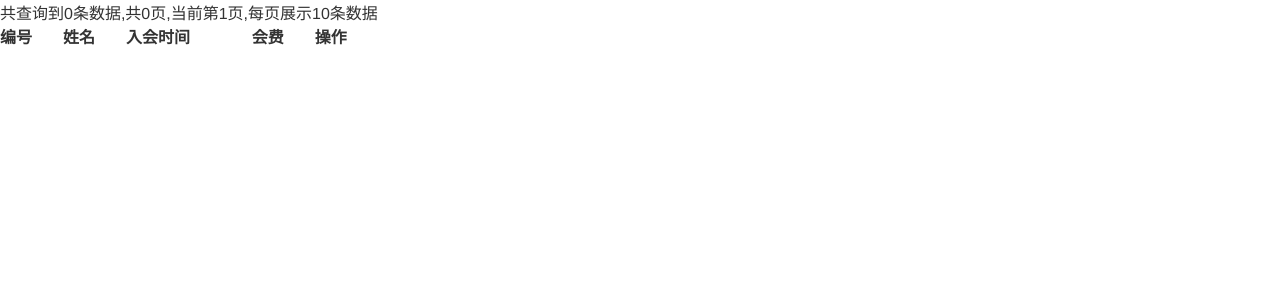
Repository: HelloChuang/HelloChuang-EclipseWorkSpace
Page: http://localhost/RetestServlet2/FindUserByPageList?pageIndex=1
These files come from the project's save history. The page is drawn as it stood at one moment and after the next save; the edit follows.
The browser window is 1280 px wide. The pictures show the whole page.
The page is served by Tomcat 9. Other server files are loaded and not shown. Queries for data that is not in the repository find no rows.

Above is the page before, as saved 2018-10-31 02:53:25.

### EclipseWorkSpace/RetestServlet2/WebContent/showList.jsp
<%@ taglib uri="http://java.sun.com/jsp/jstl/core" prefix="c" %>
<%@ taglib uri="http://java.sun.com/jsp/jstl/fmt" prefix="fmt"%>
<%@ page language="java" contentType="text/html; charset=UTF-8"
    pageEncoding="UTF-8"%>
<!DOCTYPE>
<html>
<head>
<meta http-equiv="Content-Type" content="text/html; charset=UTF-8">
<link rel="stylesheet" type="text/css" href="${pageContext.request.contextPath}/css/bootstrap.min.css">
<script type="text/javascript"  href="${pageContext.request.contextPath}/js/jquery-1.9.1.js"></script>
<script type="text/javascript"  href="${pageContext.request.contextPath}/js/bootstrap.min.js"></script>
<title>会员列表</title>
</head>
<body>
	<table>
		<tr><td colspan="5">共查询到${totalCount}条数据,共${totalPage}页,当前第${pageIndex}页,每页展示${pageSize}条数据</td></tr>
		<tr><th>编号</th><th>姓名</th><th>入会时间</th><th>会费</th><th>操作</th></tr>
		<c:forEach var="user" items="${list}">
		<tr>
		<td>${user.uid}</td>
		<td>${user.uname}</td>
		<td><fmt:formatDate value="${user.udate}" pattern="yyyy-MM-dd"></fmt:formatDate></td>
		<td><fmt:formatNumber type="currency">${user.umoney}</fmt:formatNumber></td>
		<td>
		<button class="btn btn-success" onclick="toUpdate(${user.uid});">更新</button>
		<button class="btn btn-danger" onclick="toDelete(${user.uid});">删除</button>
		</td>
		</tr>

		</c:forEach>

		<tr></tr>

	</table>
</body>
</html>

### EclipseWorkSpace/RetestServlet2/src/com/gao/web/FindUserByPageList.java
package com.gao.web;

import java.io.IOException;
import java.util.List;

import javax.servlet.ServletException;
import javax.servlet.annotation.WebServlet;
import javax.servlet.http.HttpServlet;
import javax.servlet.http.HttpServletRequest;
import javax.servlet.http.HttpServletResponse;

import com.gao.entity.UserInfo;
import com.gao.service.impl.UserServiceImpl;

/**
 * Servlet implementation class FindUserByPageList
 */
@WebServlet("/FindUserByPageList")
public class FindUserByPageList extends HttpServlet {

	protected void doGet(HttpServletRequest request, HttpServletResponse response) throws ServletException, IOException {
		this.doPost(request, response);
	}

	/**
	 * @see HttpServlet#doPost(HttpServletRequest request, HttpServletResponse response)
	 */
	protected void doPost(HttpServletRequest request, HttpServletResponse response) throws ServletException, IOException {
		UserServiceImpl service = new UserServiceImpl();
		int pageIndex = Integer.parseInt(request.getParameter("pageIndex"));
		try {
			int totalCount = service.findUserCount();
			int pageSize = 10;
			int totalPage = totalCount%pageSize==0?totalCount/pageSize:totalCount/pageSize+1;
			List<UserInfo> list = service.findUserByPageList(pageIndex, pageSize);
			request.setAttribute("list", list);
			request.setAttribute("pageIndex", pageIndex);
			request.setAttribute("totalCount", totalCount);
			request.setAttribute("pageSize", pageSize);
			request.setAttribute("totalPage", totalPage);
			request.getRequestDispatcher("showList.jsp").forward(request, response);
		} catch (Exception e) {
			e.printStackTrace();
		}
	}

}

### EclipseWorkSpace/RetestServlet2/src/com/gao/service/impl/UserService.java
package com.gao.service.impl;

import java.util.List;

import com.gao.entity.UserInfo;

public interface UserService {
	public int insert(UserInfo user) throws Exception;
	public int update(UserInfo user) throws Exception;
	public int delete(UserInfo user) throws Exception;
	public int findUserCount() throws Exception;
	public List<UserInfo> findUserByPageList(Integer pageIndex,Integer pageSize)  throws Exception;
	public UserInfo findUserByID(Integer id) throws Exception;
}

### EclipseWorkSpace/RetestServlet2/src/com/gao/service/impl/UserServiceImpl.java
package com.gao.service.impl;

import java.util.List;

import com.gao.dao.impl.UserInfoDAOImpl;
import com.gao.entity.UserInfo;

public class UserServiceImpl implements UserService {
	private UserInfoDAOImpl uidi= new UserInfoDAOImpl();
	@Override
	public int insert(UserInfo user) throws Exception {
		return uidi.insert(user);
	}

	@Override
	public int update(UserInfo user) throws Exception {
		return uidi.update(user);
	}

	@Override
	public int delete(UserInfo user) throws Exception {
		return uidi.delete(user);
	}

	@Override
	public int findUserCount() throws Exception {
		return uidi.findUserCount();
	}

	@Override
	public List<UserInfo> findUserByPageList(Integer pageIndex, Integer pageSize) throws Exception {
		List<UserInfo> list = null;
		if(pageIndex!=null&&pageSize!=null){
			if(pageIndex>0&&pageSize>0){
				list = uidi.findUserByPageList((pageIndex-1)*pageSize, pageSize);
			}
		}
		return list;
	}

	@Override
	public UserInfo findUserByID(Integer id) throws Exception {
		return uidi.findUserByID(id);
	}

}

### EclipseWorkSpace/RetestServlet2/src/com/gao/dao/impl/UserInfoDAO.java
package com.gao.dao.impl;

import java.util.List;

import com.gao.entity.UserInfo;

public interface UserInfoDAO {
	public int insert(UserInfo user) throws Exception;
	public int update(UserInfo user) throws Exception;
	public int delete(UserInfo user) throws Exception;
	public int findUserCount() throws Exception;
	public List<UserInfo> findUserByPageList(Integer start,Integer size)  throws Exception;
	public UserInfo findUserByID(Integer id) throws Exception;
}

### EclipseWorkSpace/RetestServlet2/src/com/gao/dao/impl/UserInfoDAOImpl.java
package com.gao.dao.impl;

import java.sql.Connection;
import java.util.List;

import org.apache.commons.dbutils.QueryRunner;
import org.apache.commons.dbutils.handlers.BeanHandler;
import org.apache.commons.dbutils.handlers.BeanListHandler;
import org.apache.commons.dbutils.handlers.ScalarHandler;

import com.gao.entity.UserInfo;
import com.gao.utils.JdbcUtil;

public class UserInfoDAOImpl implements UserInfoDAO {

	@Override
	public int insert(UserInfo user) throws Exception {
		Connection conn = JdbcUtil.getConn();
		String sql = "insert into user_info(`uname`,`udate`,`umoney`)values(?,?,?)";
		Object[] params = {user.getUname(),user.getUdate(),user.getUmoney()};
		QueryRunner qr = new QueryRunner();
		int count = qr.update(conn,sql,params);
		JdbcUtil.closeConn(conn);
		return count;
	}

	@Override
	public int update(UserInfo user) throws Exception {
		Connection conn = JdbcUtil.getConn();
		String sql = "update user_info set `uname`=?,`udate`=?,`umoney=?` where `uid`=?";
		Object[] params = {user.getUname(),user.getUdate(),user.getUmoney(),user.getUid()};
		QueryRunner qr = new QueryRunner();
		int count = qr.update(conn,sql,params);
		JdbcUtil.closeConn(conn);
		return count;
	}

	@Override
	public int delete(UserInfo user) throws Exception {
		Connection conn = JdbcUtil.getConn();
		String sql = "delete from user_info where `uid`=?";
		Object[] params = {user.getUid()};
		QueryRunner qr = new QueryRunner();
		int count = qr.update(conn,sql,params);
		JdbcUtil.closeConn(conn);
		return count;
	}

	@Override
	public int findUserCount() throws Exception {
		Connection conn = JdbcUtil.getConn();
		String sql = "select count(*) from user_info";
		QueryRunner qr = new QueryRunner();
		Number number = qr.query(conn, sql,new ScalarHandler<Number>(1));
		int value = number.intValue();
		JdbcUtil.closeConn(conn);
		return value;
	}

	@Override
	public List<UserInfo> findUserByPageList(Integer start, Integer size) throws Exception {
		Connection conn = JdbcUtil.getConn();
		String sql = "select * from user_info";
		QueryRunner qr = new QueryRunner();
		List<UserInfo> list = qr.query(conn, sql,new BeanListHandler<UserInfo>(UserInfo.class));
		JdbcUtil.closeConn(conn);
		return list;
	}

	@Override
	public UserInfo findUserByID(Integer id) throws Exception {
		Connection conn = JdbcUtil.getConn();
		String sql = "select * from user_info where `uid`=?";
		QueryRunner qr = new QueryRunner();
		UserInfo user = qr.query(conn, sql,new BeanHandler<UserInfo>(UserInfo.class));
		JdbcUtil.closeConn(conn);
		return user;
	}

}

### EclipseWorkSpace/RetestServlet2/src/com/gao/utils/JdbcUtil.java
package com.gao.utils;

import java.beans.PropertyVetoException;
import java.sql.Connection;
import java.sql.SQLException;

import com.mchange.v2.c3p0.ComboPooledDataSource;

public class JdbcUtil {
	private static final String CONN_DRIVE = "com.mysql.jdbc.Driver";
	private static final String CONN_URL = "jdbc:mysql://127.0.0.1:3306/userdb3?characterEncoding=UTF-8";
	private static final String CONN_USER = "root";
	private static final String CONN_PSWD = "root";

	private static ComboPooledDataSource dateSource;

	static{
		dateSource = new ComboPooledDataSource();
		try {
			dateSource.setDriverClass(CONN_DRIVE);
			dateSource.setJdbcUrl(CONN_URL);
			dateSource.setUser(CONN_USER);
			dateSource.setPassword(CONN_PSWD);
		} catch (PropertyVetoException e) {
			e.printStackTrace();
		}
	}
	public static Connection getConn(){
		Connection conn = null;
		try {
			conn = dateSource.getConnection();
		} catch (SQLException e) {
			e.printStackTrace();
		}
		return conn;
	}
	public static void closeConn(Connection conn){
		if(null!=conn){
			try {
				conn.close();
			} catch (SQLException e) {
				e.printStackTrace();
			}
		}
	}

}

### EclipseWorkSpace/RetestServlet2/src/com/gao/entity/UserInfo.java
package com.gao.entity;

import java.util.Date;

public class UserInfo {
	private Integer uid;
	private String uname;
	private Date udate;
	private double umoney;
	/**
	 * @return the uid
	 */
	public Integer getUid() {
		return uid;
	}
	/**
	 * @param uid the uid to set
	 */
	public void setUid(Integer uid) {
		this.uid = uid;
	}
	/**
	 * @return the uname
	 */
	public String getUname() {
		return uname;
	}
	/**
	 * @param uname the uname to set
	 */
	public void setUname(String uname) {
		this.uname = uname;
	}
	/**
	 * @return the udate
	 */
	public Date getUdate() {
		return udate;
	}
	/**
	 * @param udate the udate to set
	 */
	public void setUdate(Date udate) {
		this.udate = udate;
	}
	/**
	 * @return the umoney
	 */
	public double getUmoney() {
		return umoney;
	}
	/**
	 * @param umoney the umoney to set
	 */
	public void setUmoney(double umoney) {
		this.umoney = umoney;
	}
	/**
	 * Title: toString
	 * Description:
	 * @return
	 * @see java.lang.Object#toString()
	 */
	@Override
	public String toString() {
		return "UserInfo [uid=" + uid + ", uname=" + uname + ", udate=" + udate + ", umoney=" + umoney + "]";
	}

}

Loaded but not shown: EclipseWorkSpace/RetestServlet2/WebContent/css/bootstrap.min.css (library)

After the next save:
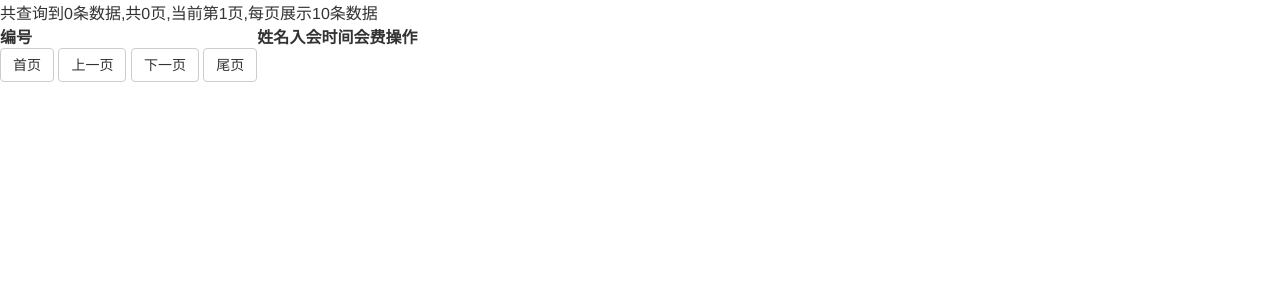
Saved 2 min 18 s later.
--- a/EclipseWorkSpace/RetestServlet2/WebContent/showList.jsp
+++ b/EclipseWorkSpace/RetestServlet2/WebContent/showList.jsp
@@ -26,10 +26,13 @@
 		<button class="btn btn-danger" onclick="toDelete(${user.uid});">删除</button>
 		</td>
 		</tr>
-
 		</c:forEach>
-
-		<tr></tr>
+		<tr><td>
+		<a class="btn btn-default" role="button" href="FindUserByPageList?pageIndex=1">首页</a>
+		<a class="btn btn-default" role="button" href="FindUserByPageList?pageIndex=1">上一页</a>
+		<a class="btn btn-default" role="button" href="FindUserByPageList?pageIndex=1">下一页</a>
+		<a class="btn btn-default" role="button" href="FindUserByPageList?pageIndex=1">尾页</a>
+         </td></tr>
 
 	</table>
 </body>
